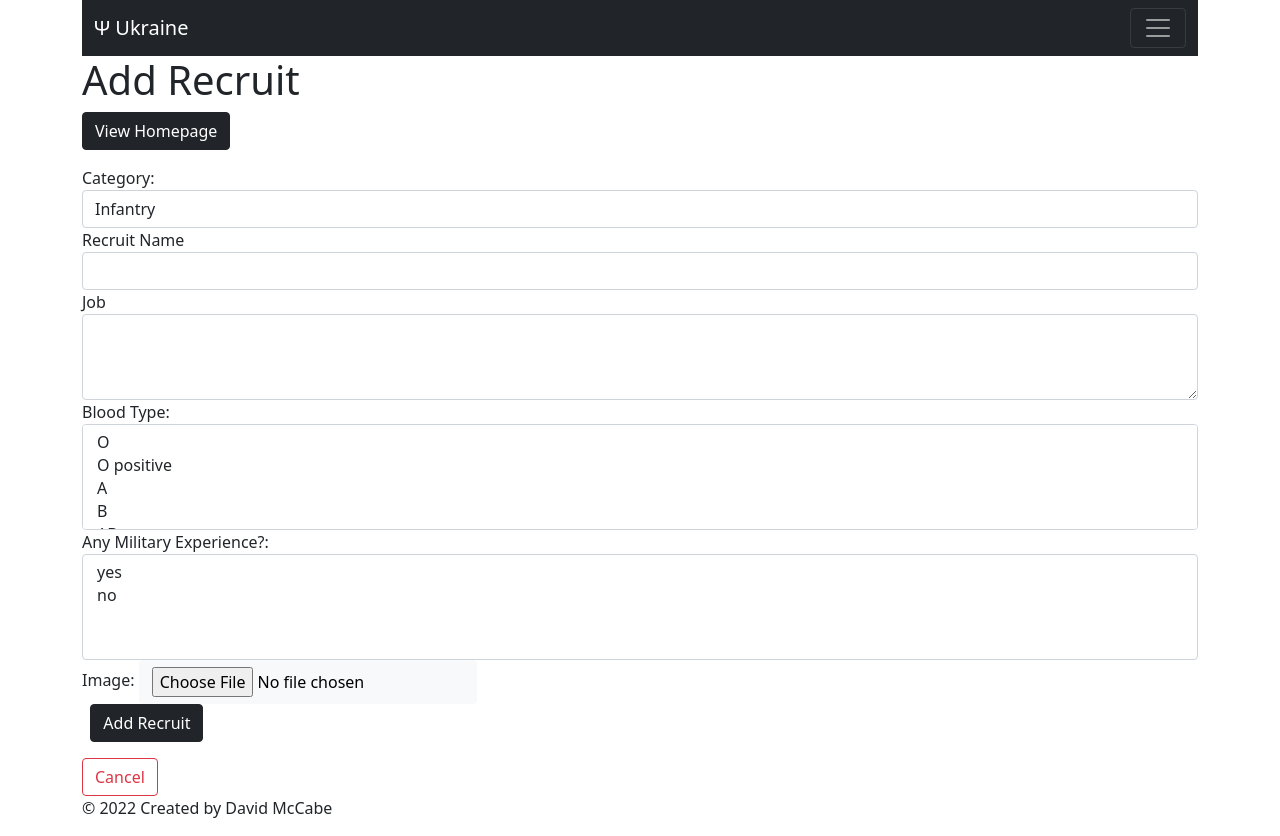
Repository: davidDKIT/ca2-davidmccabe-php
Page: http://localhost/add_record_form.php
The author's editor kept a copy of each file at every save. The page is drawn from the files as they stood at one save, then again after the next save.
The browser window is 1280 px wide. The pictures show the whole page.
The page is run by PHP 8.4 with error messages shown; the project is at /var/www/html/. The database holds what the project's SQL file puts in it.

Above is the page before, as saved 2022-03-16 14:20:41.

After the next save:
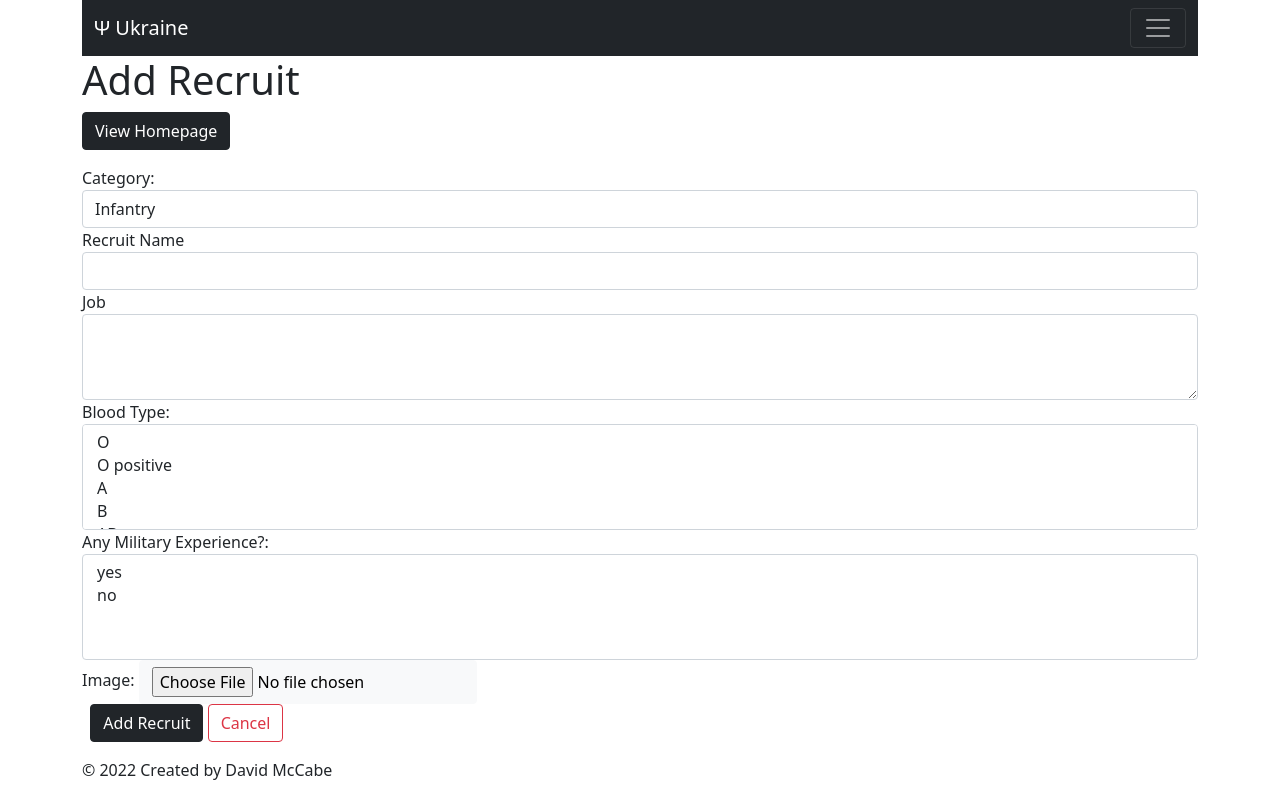
Saved 8 s later.
--- a/add_record_form.php
+++ b/add_record_form.php
@@ -51,9 +51,10 @@ $statement->closeCursor();
     </div>
     <label>&nbsp;</label>
     <input class="btn btn-dark" type="submit" value="Add Recruit">
+    <a href="index.php"> <button class="btn btn-outline-danger">Cancel</button></a>
     <br>
   </form>
-  <a href="index.php"> <button class="btn btn-outline-danger">Cancel</button></a>
+
   <?php
   include('includes/footer.php');
   ?>
